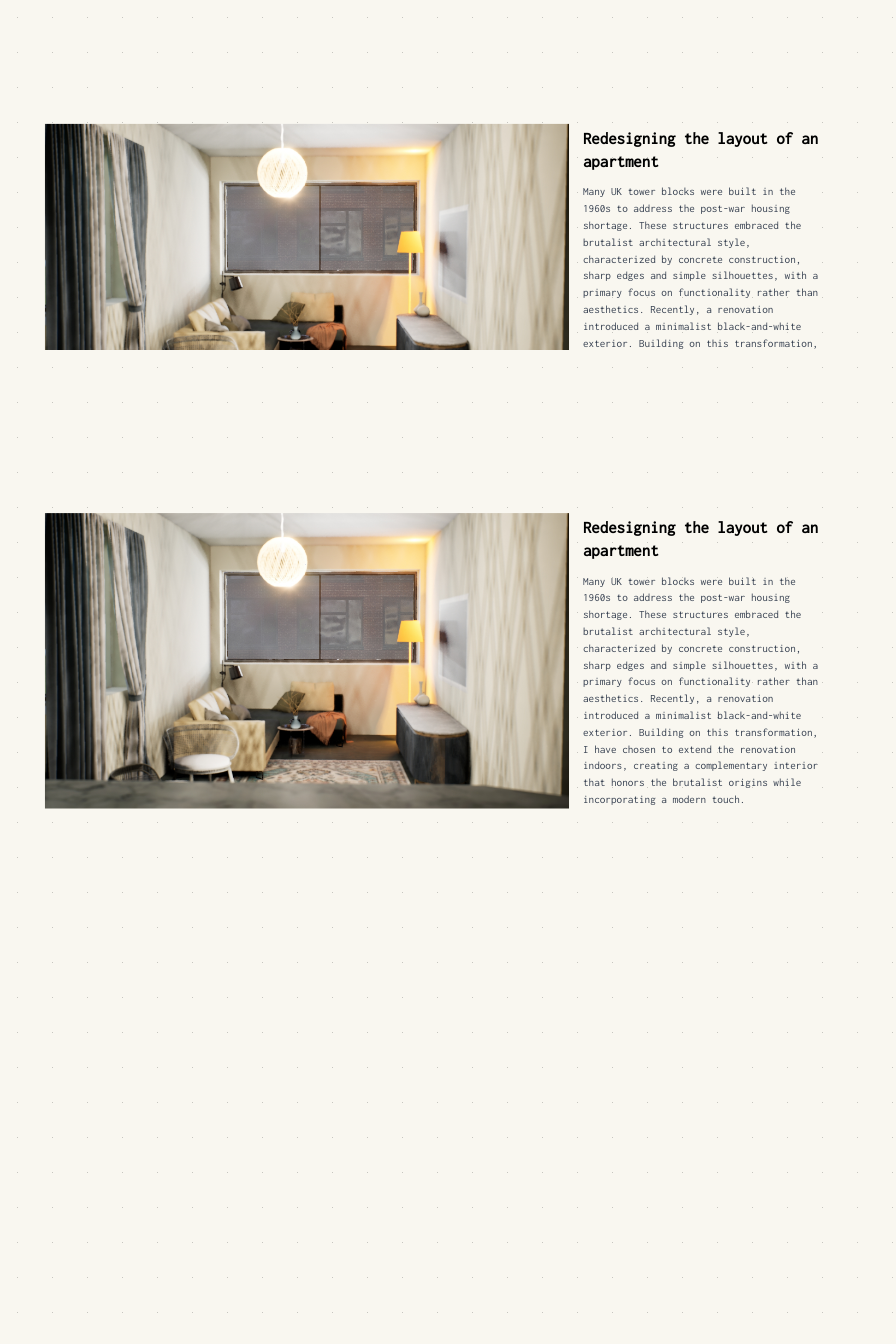
Repository: BBRRE/Portfolio-V2
Page: /#/Architecture
These files come from the project's save history. The page is drawn as it stood at one moment and after the next save; the edit follows.
The browser window is 1280 px wide. The pictures show the part of the page from y = 0 to 1920 px (the page is 4562 px tall before and 4594 px after), at 70% of full size.
Some web fonts or font styles are not loaded; a fallback is used. The project was rebuilt for these pictures with package versions that can differ from the ones it lists, and the page was loaded fresh each time. Also part of the build but not shown: vite.config.js, src/Subjects/CompSci.jsx, src/Subjects/EEng.jsx, src/Subjects/Other.jsx, src/Projects Overview.jsx, src/HomePage.jsx, src/ErrorBoundary.jsx.

Above is the page before, as saved 2024-11-26 19:19:04.

### index.html
<!doctype html>
<html lang="en">
  <head>
    <meta charset="UTF-8" />
    <link rel="icon" type="image/svg+xml" href="src\assets\letter-bb.svg" />
    <link href="https://fonts.googleapis.com/css2?family=Inconsolata&family=Italiana&family=Hubballi&family=Julius+Sans+One&display=swap" rel="stylesheet">
    <link rel="preconnect" href="https://fonts.googleapis.com" />
<link rel="preconnect" href="https://fonts.gstatic.com" crossorigin />
<link
  rel="stylesheet"
  href="https://fonts.googleapis.com/css2?family=Roboto:wght@300;400;500;700&display=swap"
/>
<link
  rel="stylesheet"
  href="https://fonts.googleapis.com/icon?family=Material+Icons"
/>

    <meta name="viewport" content="width=device-width, initial-scale=1.0" />
    <title>Bilaal Bare</title>
  </head>
  <body>
    <div id="root"></div>
    <script type="module" src="/src/main.jsx"></script>
  </body>
</html>

### src/main.jsx
import React from 'react'
import ReactDOM from 'react-dom/client'
import App from './App'
import ErrorBoundary from './ErrorBoundary'
import './index.css'

ReactDOM.createRoot(document.getElementById('root')).render(
  <React.StrictMode>
    <ErrorBoundary>
      <App />
    </ErrorBoundary>
  </React.StrictMode>
)

### src/App.jsx
import { HashRouter as Router, Routes, Route } from 'react-router-dom';
import Archi from './Subjects/Archi.jsx'
import CompSci from './Subjects/CompSci.jsx'
import EEng from './Subjects/EEng.jsx'
import Other from './Subjects/Other.jsx'
import { HomePage } from './HomePage'
import { useState, useEffect } from 'react'

function App() {
  useEffect(() => {
    console.log('App component mounted')
  }, [])

  return (
    <Router>
        <Routes>
          <Route path="/" element={<HomePage />} />
          <Route path="/Architecture" element={<Archi />} />
          <Route path="/Electronic-Eng" element={<EEng />} />
          <Route path="/Computer-Sci" element={<CompSci />} />
          <Route path="/Other" element={<Other />} />
        </Routes>
    </Router>
  )
}

export default App

### src/index.css
@tailwind base;
@tailwind components;
@tailwind utilities;

@layer utilities {
  .bg-dot-pattern {
    background-image: radial-gradient(circle, rgba(0, 0, 0, 0.2) 1px, transparent 1px);
    background-size: 50px 50px; /* Adjust the spacing here */
  }
}

### src/Subjects/Archi.jsx
import React, { useState, useEffect } from 'react';
import { motion } from "framer-motion";
import archi from "../assets/arch.jpg";
import old from "../assets/Old.jpg";
import newL from "../assets/New.jpg";
import render1 from "../assets/NewLevelSequence.0001.jpeg"
import render2 from "../assets/NewLevelSequence.0002.jpeg"
import render3 from "../assets/NewLevelSequence.0003.jpeg"
import render4 from "../assets/NewLevelSequence.0004.jpeg"
import render5 from "../assets/NewLevelSequence.0005.jpeg"
import kitchen from "../assets/Kitchene.PNG";
import balcony from "../assets/Balconye.PNG";
import bathroom from "../assets/Bathroome.PNG";

const Arcchi = () => {
  const [isExpanded, setIsExpanded] = useState(false);
  const [delayedExpanded, setDelayedExpanded] = useState(false);
  const [isExpanded2, setIsExpanded2] = useState(false);
  const [delayedExpanded2, setDelayedExpanded2] = useState(false);

  useEffect(() => {
    let timer;
    if (isExpanded) {setDelayedExpanded(true)
    } else {
      timer = setTimeout(() => setDelayedExpanded(false), 1000);
    }
    return () => clearTimeout(timer);
  }, [isExpanded]);

  useEffect(() => {
    let timer;
    if (isExpanded2) {setDelayedExpanded2(true)
    } else {
      timer = setTimeout(() => setDelayedExpanded2(false), 1000);
    }
    return () => clearTimeout(timer);
  }, [isExpanded2]);

  const containerVariants = {
    hidden: {
      y: -100,
      opacity: 0
    },
    visible: {
      y: 0,
      opacity: 1,
      transition: {
        type: "spring",
        damping: 20,
        stiffness: 100,
        duration: 1
      }
    }
  };
  // Separate variants for mobile and desktop
  const imageVariants = {
    initial: {
      width: '65%',
      x: 0,
      transition: { duration: 2 }
    },
    expanded: {
      width: '100%',
      x: 0,
      transition: { duration: 2 }
    }
  };

  // Desktop-specific variants
  const desktopImageVariants = {
    initial: {
      width: '65%',
      x: 0,
      transition: { duration: 2 }
    },
    expanded: {
      width: '100%',
      x: '15%',
      transition: { duration: 2 }
    }
  };

  const textVariants = {
    initial: { opacity: 1, y: 0 },
    fading: { opacity: 0, transition: { duration: 0.5 } },
    appearing: { opacity: 1, y: '-50%', transition: { duration: 0.5 } }
  };

  return (
    <div className='bg-[#F9F7F0] bg-dot-pattern flex flex-col gap-14'>
    <div className={` font-inconsolata w-full overflow-hidden `}>
      <motion.div
        className="flex flex-col pt-[60px] md:pt-[100px] gap-4 md:gap-8 w-full"
        initial="hidden"
        animate="visible"
        variants={containerVariants}
      >
        <div className="flex w-full mx-auto max-w-[1200px] flex-col px-4 md:px-6">
          {/* Initial hero section */}
          <div
            className="flex flex-col md:flex-row w-full mx-auto max-w-[1200px] h-[60vh] md:h-[80vh] cursor-pointer relative z-10"
            onClick={() => setIsExpanded(!isExpanded)}
          >
            {/* Mobile Image */}

            <motion.img
              className="object-contain rounded-sm z-10 mx-auto md:hidden"
              src={render1}
              initial="initial"
              animate={isExpanded ? "expanded" : "initial"}
              variants={imageVariants}
            />

            {/* Desktop Image */}
            <motion.img
              className="hidden md:block object-contain rounded-sm z-10"
              src={render1}
              initial="initial"
              animate={isExpanded ? "expanded" : "initial"}
              variants={desktopImageVariants}
            />

            <motion.div
              className="w-full md:w-1/3 p-4 md:pl-[20px] md:pt-[20px] my-auto"
              initial="initial"
              animate={isExpanded ? "fading" : "initial"}
              variants={textVariants}
            >
              <h1 className="text-xl md:text-2xl font-semibold mb-4">Redesigning the layout of an apartment</h1>
              <p className="text-gray-700 leading-relaxed text-sm md:text-base z-10">
              Many UK tower blocks were built in the 1960s to address the post-war housing shortage. These structures embraced the brutalist architectural style, characterized by concrete construction, sharp edges and simple silhouettes,
               with a primary focus on functionality rather than aesthetics. Recently, a renovation introduced a minimalist black-and-white exterior. Building on this transformation, I have chosen to extend the renovation indoors,
                creating a complementary interior that honors the brutalist origins while incorporating a modern touch.
              </p>
            </motion.div>
          </div>

          {/* Expanded grid section */}
          <motion.div
            className={`w-full max-w-[1200px] mx-auto transition-all duration-1000 ease-in-out  ${isExpanded ? '' : 'h-56'}
              ${isExpanded ? 'opacity-100 mt-[-200px] md:mt-8' : 'opacity-0 mt-[-400px]'}
              `}
          >
            <div className="grid grid-cols-1 md:grid-cols-2 gap-8 md:gap-16 p-4 md:p-8 justify-center">
              {/* Balcony Section */}
              <div className="flex flex-col space-y-4 md:space-y-6">
              <img
                  src={balcony}
                  alt="Balcony view"
                  className="w-full max-w-[400px] h-auto object-cover rounded-lg shadow-lg mx-auto"
                />
                <img
                  src={render5}
                  alt="Balcony view"
                  className="w-full max-w-[400px] h-auto object-cover rounded-lg shadow-lg mx-auto"
                />
                <div className="space-y-2 md:space-y-4 px-4 md:px-0">
                  <h2 className="text-lg md:text-xl font-semibold">Balcony Transformation</h2>
                  <p className="text-gray-700 leading-relaxed text-sm md:text-base">
                  What appeared to be a balcony was actually an awkward space connecting the main bedroom to the living room.
                   Despite not protruding from the building's facade, this area had defaulted to storage use. By removing this space,
                    I was able to expand the smaller bedrooms and provide them with direct access to exterior windows. The responsibility of storage would be removed from balcony and distrabuted accross the home
                     requiring alternative storage solutions to be disscused later.
                  </p>
                </div>
              </div>

              {/* Kitchen Section */}
              <div className="flex flex-col space-y-4 md:space-y-6 md:mt-[200px]">
                <img
                  src={kitchen}
                  alt="Balcony view"
                  className="w-full max-w-[400px] h-auto object-cover rounded-lg shadow-lg mx-auto"
                />
                <img
                  src={render2}
                  alt="Kitchen design"
                  className="w-full max-w-[400px] h-auto object-cover rounded-lg shadow-lg mx-auto"
                />
                <div className="space-y-2 md:space-y-4 px-4 md:px-0">
                  <h2 className="text-lg md:text-xl font-semibold">Modern Kitchen Design</h2>
                  <p className="text-gray-700 leading-relaxed text-sm md:text-base">
                    The kitchen was and small narrow with one small window, and despite it's size it was being used as also being used as a laundry
                    room. I decided to expand the kitchen out into the living room and incorporate a large window to not only help with ventilation but
                    to bring some natural light giving a more enjoyable cooking experience. I also removed many small storage rooms in the kitchen and repurposed
                    it into one large laundry / storage room. This alleviates some stress off the kitchen, and as the door is angled away from the kitchen you wouldn't be
                     interupted while baking. The larger laundry / storage room would act as the central storage and as each bedroom is now larger, there would be
                     space for separated storage within each room.
                  </p>
                </div>
              </div>

              {/* Bathroom Section */}
              <div className="flex flex-col space-y-4 md:space-y-6 md:my-[-300px]">
              <img
                  src={bathroom}
                  alt="Balcony view"
                  className="w-full max-w-[400px] h-auto object-cover rounded-lg shadow-lg mx-auto"
                />
                <img
                  src={render3}
                  alt="Bathroom design"
                  className="w-full max-w-[400px] h-auto object-cover rounded-lg shadow-lg mx-auto"
                />
                <div className="space-y-2 md:space-y-4 px-4 md:px-0">
                  <h2 className="text-lg md:text-xl font-semibold">Luxurious Bathroom</h2>
                  <p className="text-gray-700 leading-relaxed text-sm md:text-base">
                    The bathroom was 2 seperate small rooms, while it came with it's advantages, could be used in parralell, it also had many disadvantages, including the small size.
                     A combined washroom gives you a larger space and with the additional
                    divider it would provide the benifit of seperating the toilet from the bathroom. Within the neighberhood this tower block
                    resides, it is very common to have a pair of crocs / flip flops in the bathroom, with the new sliding doors the sandlas can remain
                    at the enterance while you both open and close the door.
                  </p>
                </div>
              </div>

              {/* Floor Plan Section */}
              <div className="flex flex-col space-y-4 md:space-y-6">
                <div className="h-auto md:h-auto bg-white rounded-lg shadow-lg p-4 md:p-6 md:mt-[450px]">
                  <h2 className="text-lg md:text-xl font-semibold mb-2 md:mb-4">Floor Plans & Technical Details</h2>
                  <p className="text-gray-700 leading-relaxed text-sm md:text-base ">
                  Built in the 1960s, this tower block features a typical construction style of its era: load-bearing exterior
                  walls and central columns, with non-load-bearing interior walls. This structural arrangement provided complete freedom
                  in redesigning the interior layout to meet modern living standards. Both the old and renovated floor plan, created in AutoCAD, is shown below.
                  </p>
                </div>
              </div>

              {/* Final Image */}
              <img
                src={old}
                className="col-span-1 md:col-span-2 mt-8 w-full max-w-[1200px] mb-[-50px] mx-auto rounded-lg shadow-lg"
                alt="New Layout"
              />
              <img
                src={newL}
                className="col-span-1 md:col-span-2 mt-8 w-full max-w-[1200px] mb-[100px] mx-auto rounded-lg shadow-lg"
                alt="New Layout"
              />
            </div>
          </motion.div>
        </div>
      </motion.div>
    </div>



    <div className={` font-inconsolata w-full overflow-hidden `}>
      <motion.div
        className="flex flex-col pt-[60px] md:pt-[100px] gap-4 md:gap-8 w-full"
        initial="hidden"
        animate="visible"
        variants={containerVariants}
      >
        <div className="flex w-full mx-auto max-w-[1200px] flex-col px-4 md:px-6">
          {/* Initial hero section */}
          <div
            className="flex flex-col md:flex-row w-full mx-auto max-w-[1200px] h-[60vh] md:h-[80vh] cursor-pointer relative z-10"
            onClick={() => setIsExpanded2(!isExpanded2)}
          >
            {/* Mobile Image */}

            <motion.img
              className="object-contain rounded-sm z-10 mx-auto md:hidden"
              src={render1}
              initial="initial"
              animate={isExpanded2 ? "expanded" : "initial"}
              variants={imageVariants}
            />

            {/* Desktop Image */}
            <motion.img
              className="hidden md:block object-contain rounded-sm z-10"
              src={render1}
              initial="initial"
              animate={isExpanded2 ? "expanded" : "initial"}
              variants={desktopImageVariants}
            />

            <motion.div
              className="w-full md:w-1/3 p-4 md:pl-[20px] md:pt-[20px] my-auto"
              initial="initial"
              animate={isExpanded2 ? "fading" : "initial"}
              variants={textVariants}
            >
              <h1 className="text-xl md:text-2xl font-semibold mb-4">Redesigning the layout of an apartment</h1>
              <p className="text-gray-700 leading-relaxed text-sm md:text-base z-10">
              Many UK tower blocks were built in the 1960s to address the post-war housing shortage. These structures embraced the brutalist architectural style, characterized by concrete construction, sharp edges and simple silhouettes,
               with a primary focus on functionality rather than aesthetics. Recently, a renovation introduced a minimalist black-and-white exterior. Building on this transformation, I have chosen to extend the renovation indoors,
                creating a complementary interior that honors the brutalist origins while incorporating a modern touch.
              </p>
            </motion.div>
          </div>

          {/* Expanded grid section */}
          <motion.div
            className={`w-full max-w-[1200px] mx-auto transition-all duration-1000 ease-in-out
              ${isExpanded2 ? 'opacity-100 mt-[-200px] md:mt-8' : 'opacity-0 mt-[-400px]'}
              `}
          >
            <div className="grid grid-cols-1 md:grid-cols-2 gap-8 md:gap-16 p-4 md:p-8 justify-center">
              {/* Balcony Section */}
              <div className="flex flex-col space-y-4 md:space-y-6">
              <img
                  src={balcony}
                  alt="Balcony view"
                  className="w-full max-w-[400px] h-auto object-cover rounded-lg shadow-lg mx-auto"
                />
                <img
                  src={render5}
                  alt="Balcony view"
                  className="w-full max-w-[400px] h-auto object-cover rounded-lg shadow-lg mx-auto"
                />
                <div className="space-y-2 md:space-y-4 px-4 md:px-0">
                  <h2 className="text-lg md:text-xl font-semibold">Balcony Transformation</h2>
                  <p className="text-gray-700 leading-relaxed text-sm md:text-base">
                  What appeared to be a balcony was actually an awkward space connecting the main bedroom to the living room.
                   Despite not protruding from the building's facade, this area had defaulted to storage use. By removing this space,
                    I was able to expand the smaller bedrooms and provide them with direct access to exterior windows. The responsibility of storage would be removed from balcony and distrabuted accross the home
                     requiring alternative storage solutions to be disscused later.
                  </p>
                </div>
              </div>

              {/* Kitchen Section */}
              <div className="flex flex-col space-y-4 md:space-y-6 md:mt-[200px]">
                <img
                  src={kitchen}
                  alt="Balcony view"
                  className="w-full max-w-[400px] h-auto object-cover rounded-lg shadow-lg mx-auto"
                />
                <img
                  src={render2}
                  alt="Kitchen design"
                  className="w-full max-w-[400px] h-auto object-cover rounded-lg shadow-lg mx-auto"
                />
                <div className="space-y-2 md:space-y-4 px-4 md:px-0">
                  <h2 className="text-lg md:text-xl font-semibold">Modern Kitchen Design</h2>
                  <p className="text-gray-700 leading-relaxed text-sm md:text-base">
                    The kitchen was and small narrow with one small window, and despite it's size it was being used as also being used as a laundry
                    room. I decided to expand the kitchen out into the living room and incorporate a large window to not only help with ventilation but
                    to bring some natural light giving a more enjoyable cooking experience. I also removed many small storage rooms in the kitchen and repurposed
                    it into one large laundry / storage room. This alleviates some stress off the kitchen, and as the door is angled away from the kitchen you wouldn't be
                     interupted while baking. The larger laundry / storage room would act as the central storage and as each bedroom is now larger, there would be
                     space for separated storage within each room.
                  </p>
                </div>
              </div>

              {/* Bathroom Section */}
              <div className="flex flex-col space-y-4 md:space-y-6 md:my-[-300px]">
              <img
                  src={bathroom}
                  alt="Balcony view"
                  className="w-full max-w-[400px] h-auto object-cover rounded-lg shadow-lg mx-auto"
                />
                <img
                  src={render3}
                  alt="Bathroom design"
                  className="w-full max-w-[400px] h-auto object-cover rounded-lg shadow-lg mx-auto"
                />
                <div className="space-y-2 md:space-y-4 px-4 md:px-0">
                  <h2 className="text-lg md:text-xl font-semibold">Luxurious Bathroom</h2>
                  <p className="text-gray-700 leading-relaxed text-sm md:text-base">
                    The bathroom was 2 seperate small rooms, while it came with it's advantages, could be used in parralell, it also had many disadvantages, including the small size.
                     A combined washroom gives you a larger space and with the additional
                    divider it would provide the benifit of seperating the toilet from the bathroom. Within the neighberhood this tower block
                    resides, it is very common to have a pair of crocs / flip flops in the bathroom, with the new sliding doors the sandlas can remain
                    at the enterance while you both open and close the door.
                  </p>
                </div>
              </div>

              {/* Floor Plan Section */}
              <div className="flex flex-col space-y-4 md:space-y-6">
                <div className="h-auto md:h-auto bg-white rounded-lg shadow-lg p-4 md:p-6 md:mt-[450px]">
                  <h2 className="text-lg md:text-xl font-semibold mb-2 md:mb-4">Floor Plans & Technical Details</h2>
                  <p className="text-gray-700 leading-relaxed text-sm md:text-base ">
                  Built in the 1960s, this tower block features a typical construction style of its era: load-bearing exterior
                  walls and central columns, with non-load-bearing interior walls. This structural arrangement provided complete freedom
                  in redesigning the interior layout to meet modern living standards. Both the old and renovated floor plan, created in AutoCAD, is shown below.
                  </p>
                </div>
              </div>

              {/* Final Image */}
              <img
                src={old}
                className="col-span-1 md:col-span-2 mt-8 w-full max-w-[1200px] mb-[-50px] mx-auto rounded-lg shadow-lg"
                alt="New Layout"
              />
              <img
                src={newL}
                className="col-span-1 md:col-span-2 mt-8 w-full max-w-[1200px] mb-[100px] mx-auto rounded-lg shadow-lg"
                alt="New Layout"
              />
            </div>
          </motion.div>
        </div>
      </motion.div>
    </div>
    </div>
  );
};

export default Arcchi;

Loaded but not shown: tailwind.config.js (26 lines, source omitted)

After the next save:
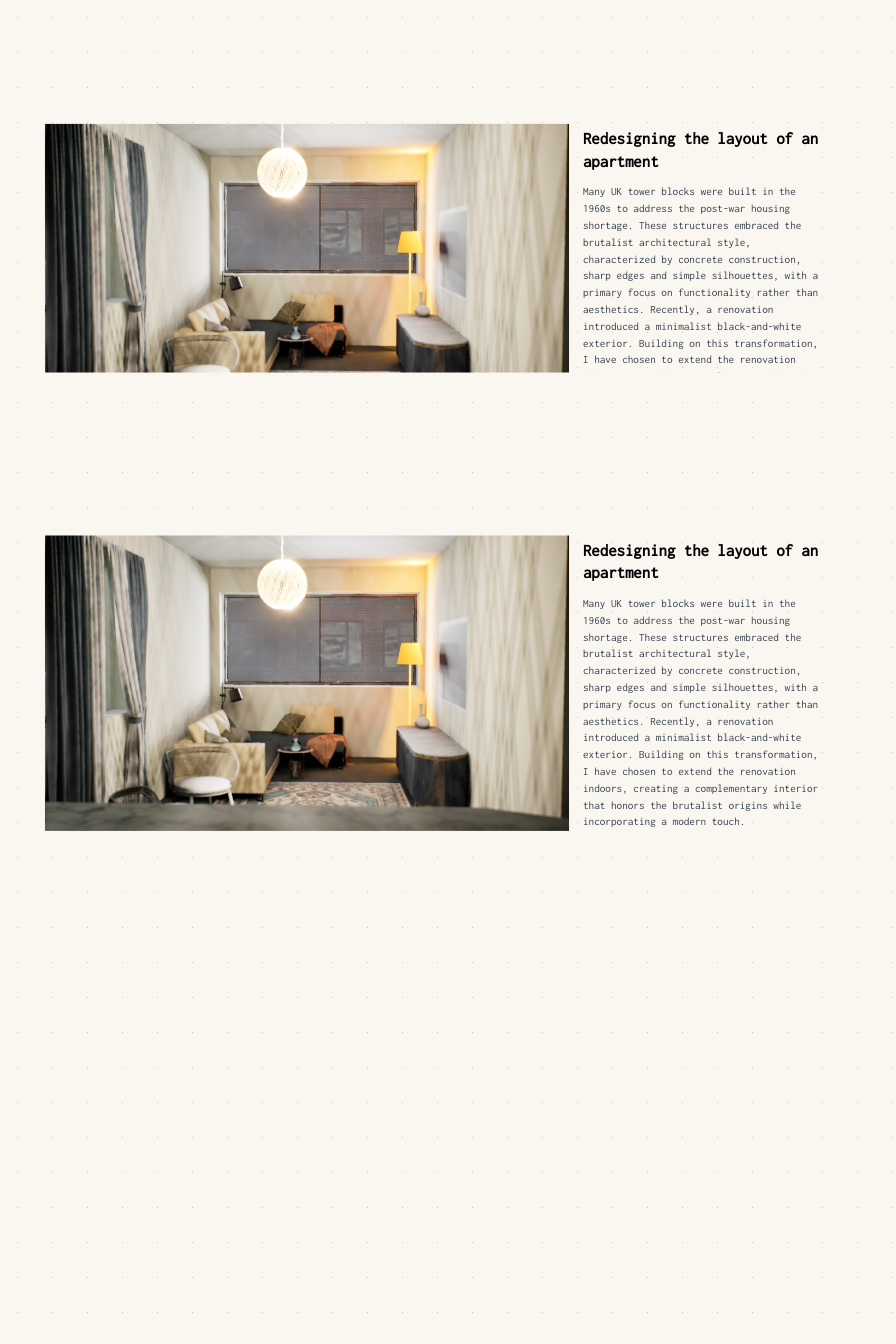
Saved 29 s later.
--- a/src/Subjects/Archi.jsx
+++ b/src/Subjects/Archi.jsx
@@ -137,7 +137,7 @@ const Arcchi = () => {
 
           {/* Expanded grid section */}
           <motion.div
-            className={`w-full max-w-[1200px] mx-auto transition-all duration-1000 ease-in-out  ${isExpanded ? '' : 'h-56'}
+            className={`w-full max-w-[1200px] mx-auto transition-all duration-1000 ease-in-out  ${isExpanded ? '' : 'h-64'}
               ${isExpanded ? 'opacity-100 mt-[-200px] md:mt-8' : 'opacity-0 mt-[-400px]'}
               `}
           >
